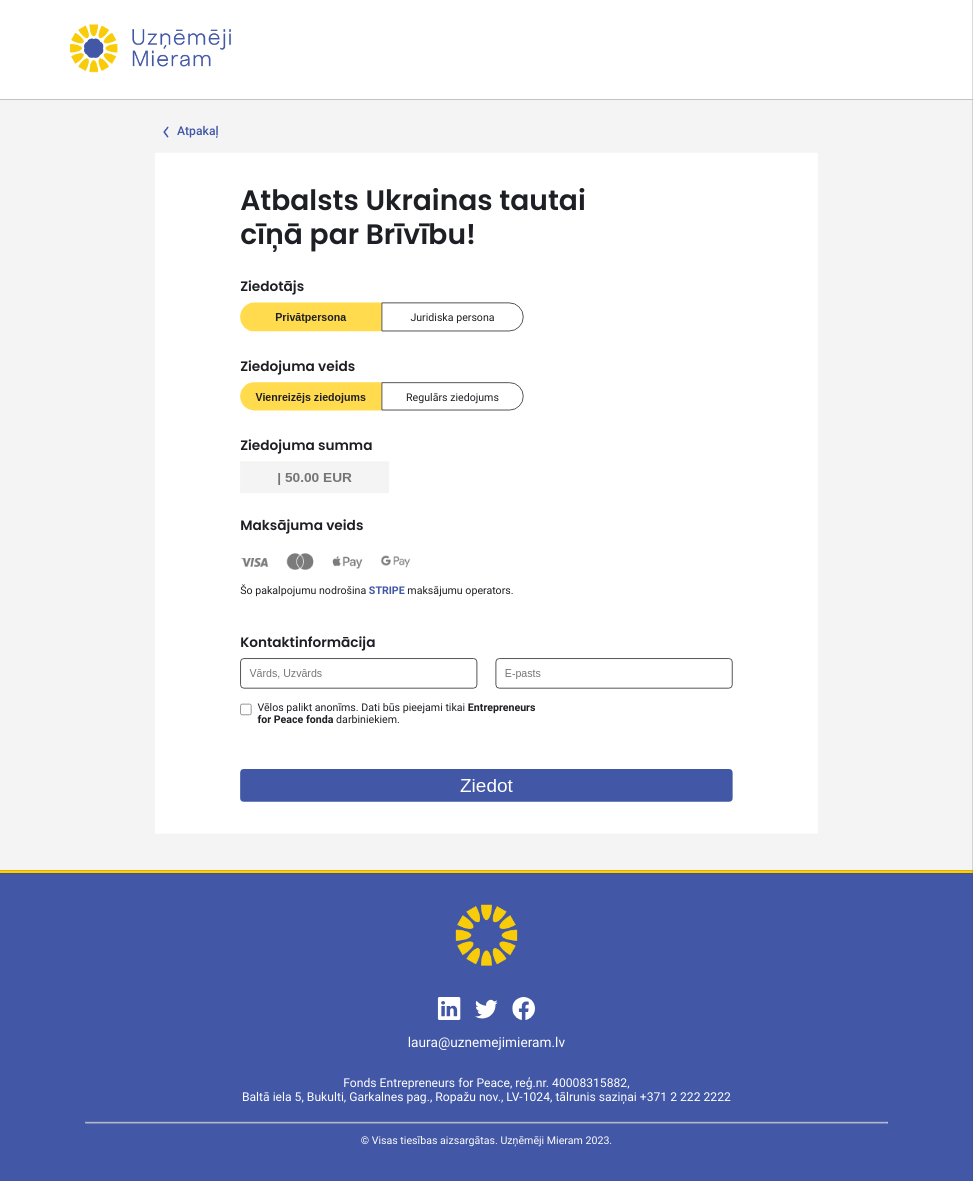
Repository: KatrinaPa/projekts_jul
Page: donate_Ukr-private-onetime.html
The author's editor kept a copy of each file at every save. The page is drawn from the files as they stood at one save, then again after the next save.
The browser window is 1280 px wide. The pictures show the whole page, at 76% of full size.

Above is the page before, as saved 2023-07-31 10:54:53.
Console error: TypeError: Cannot read properties of null (reading 'addEventListener')

### donate_Ukr-private-onetime.html
<!DOCTYPE html>
<html lang="en">

<head>
    <meta charset="UTF-8">
    <meta http-equiv="X-UA-Compatible" content="IE=edge">
    <meta name="viewport" content="width=device-width, initial-scale=1.0">
    <title>Ukrainas tautai</title>
    <link href="https://fonts.googleapis.com/css2?family=Jost:wght@400;700&display=swap" rel="stylesheet" />
    <link rel="stylesheet" href="assets/main.css" />
    <link rel="stylesheet" href="assets/donate-page.css" />
    <link rel="stylesheet" href="assets/donate-page-private-onetime.css" />
    <link rel="stylesheet" href="https://cdnjs.cloudflare.com/ajax/libs/font-awesome/6.2.0/css/all.min.css" />
    <script src="assets/main.js" defer></script>
</head>

<body>
    <div class="panel">
        <header class="header">
            <div class="header-content">
                <nav class="navbar">
                    <a href="sakums.html" id="project-nav-home"><img src="assets/images/UM_logo.png"
                            alt="uznemejiMieram" id="logo"></a>
                    <a href="sakums.html" id="project-nav-home-mob"><img src="assets/images/UM_simbols.png"
                            alt="uznemejiMieram" id="logo-mob"></a>
                </nav>
            </div>
        </header>
        <section id="donate_wrapper" class="donate_section">
            <div class="section-content">
                <div class="donate-centred">
                    <div class="back-toProject"><a href="sakums.html">
                            <button class="back-btn">
                                <img src="assets/images/arrow_left.png" alt="left" id="arrow-left">
                            </button>
                            <div>
                                <div>Atpakaļ</div>
                            </div>
                        </a></div>
                    <div class="donate_page">
                        <h1>Atbalsts Ukrainas tautai<br>cīņā par Brīvību!</h1>
                        <div class="donation_type">
                            <h4>Ziedotājs</h4>
                            <div>
                                <button class="individual" id="individual-donate">Privātpersona</button>
                                <a href="donate_Ukr-legal-onetime.html" class="legal" id="legal-donate">Juridiska
                                    persona</a>
                            </div>
                            <h4>Ziedojuma veids</h4>
                            <div>
                                <button class="one-time" id="one-time-donate">Vienreizējs ziedojums</button>
                                <a href="donate_Ukr-private-regular.html" class="regular" id="regular-donate">Regulārs
                                    ziedojums</a>
                            </div>
                            <h4>Ziedojuma summa</h4>
                            <div>
                                <input class="enter-donation" type="text" placeholder="| 50.00 EUR" />
                            </div>
                            <h4>Maksājuma veids</h4>
                            <div class="payment_logo">
                                <img src="assets/images/Visa_logo.png" alt="Visa" id="visa_logo">
                                <img src="assets/images/MasterCard_logo.png" alt="MasterCard" id="master-card_logo">
                                <img src="assets/images/applepay_logo.png" alt="Apple Pay" id="apple-pay_logo">
                                <img src="assets/images/googlepay_logo.png" alt="Google Pay" id="google-pay_logo">
                            </div>
                            <p>Šo pakalpojumu nodrošina <span>STRIPE</span> maksājumu operators.</p>
                        </div>
                        <div class="contact-details">
                            <h4>Kontaktinformācija</h4>
                            <form action="#" class="placehold_button">
                                <div class="inputs-details">
                                    <input type="text" placeholder="Vārds, Uzvārds" />
                                    <input type="email" placeholder="E-pasts" />
                                </div>
                                <div class="checkbox_display">
                                    <div>
                                        <input type="checkbox" name="no-display" id="display-no" />
                                        <label for="display-no">Vēlos palikt anonīms. Dati būs pieejami tikai
                                            <b>Entrepreneurs for Peace fonda</b> darbiniekiem.</label>
                                    </div>
                                </div>
                                <button type="submit" class="buttonContinue">Ziedot</button>
                            </form>
                        </div>
                    </div>
                </div>
            </div>
        </section>
        <div class="yellow-bottom"></div>
        </main>
        <footer>
            <div class="about">
                <img src="assets/images/UM_simbols.png" alt="uznemejiMieram">
                <div class="social">
                    <svg xmlns="http://www.w3.org/2000/svg" width="30" height="30" fill="#ffffff" class="bi bi-linkedin"
                        viewBox="0 0 16 16">
                        <path
                            d="M0 1.146C0 .513.526 0 1.175 0h13.65C15.474 0 16 .513 16 1.146v13.708c0 .633-.526 1.146-1.175 1.146H1.175C.526 16 0 15.487 0 14.854V1.146zm4.943 12.248V6.169H2.542v7.225h2.401zm-1.2-8.212c.837 0 1.358-.554 1.358-1.248-.015-.709-.52-1.248-1.342-1.248-.822 0-1.359.54-1.359 1.248 0 .694.521 1.248 1.327 1.248h.016zm4.908 8.212V9.359c0-.216.016-.432.08-.586.173-.431.568-.878 1.232-.878.869 0 1.216.662 1.216 1.634v3.865h2.401V9.25c0-2.22-1.184-3.252-2.764-3.252-1.274 0-1.845.7-2.165 1.193v.025h-.016a5.54 5.54 0 0 1 .016-.025V6.169h-2.4c.03.678 0 7.225 0 7.225h2.4z" />
                    </svg>
                    <svg xmlns="http://www.w3.org/2000/svg" width="30" height="30" fill="#ffffff" class="bi bi-twitter"
                        viewBox="0 0 16 16">
                        <path
                            d="M5.026 15c6.038 0 9.341-5.003 9.341-9.334 0-.14 0-.282-.006-.422A6.685 6.685 0 0 0 16 3.542a6.658 6.658 0 0 1-1.889.518 3.301 3.301 0 0 0 1.447-1.817 6.533 6.533 0 0 1-2.087.793A3.286 3.286 0 0 0 7.875 6.03a9.325 9.325 0 0 1-6.767-3.429 3.289 3.289 0 0 0 1.018 4.382A3.323 3.323 0 0 1 .64 6.575v.045a3.288 3.288 0 0 0 2.632 3.218 3.203 3.203 0 0 1-.865.115 3.23 3.23 0 0 1-.614-.057 3.283 3.283 0 0 0 3.067 2.277A6.588 6.588 0 0 1 .78 13.58a6.32 6.32 0 0 1-.78-.045A9.344 9.344 0 0 0 5.026 15z" />
                    </svg>
                    <svg xmlns="http://www.w3.org/2000/svg" width="30" height="30" fill="#ffffff" class="bi bi-facebook"
                        viewBox="0 0 16 16">
                        <path
                            d="M16 8.049c0-4.446-3.582-8.05-8-8.05C3.58 0-.002 3.603-.002 8.05c0 4.017 2.926 7.347 6.75 7.951v-5.625h-2.03V8.05H6.75V6.275c0-2.017 1.195-3.131 3.022-3.131.876 0 1.791.157 1.791.157v1.98h-1.009c-.993 0-1.303.621-1.303 1.258v1.51h2.218l-.354 2.326H9.25V16c3.824-.604 6.75-3.934 6.75-7.951z" />
                    </svg>
                </div>
                <div class="contacts">
                    <p>laura@uznemejimieram.lv</p>
                    <p>Fonds Entrepreneurs for Peace, reģ.nr. 40008315882, <br> Baltā iela 5, Bukulti, Garkalnes pag.,
                        Ropažu
                        nov., LV-1024, tālrunis saziņai +371 2 222 2222</p>
                </div>
            </div>
            <div class="copy">
                <hr>
                <p>© Visas tiesības aizsargātas. Uzņēmēji Mieram 2023.</p>
            </div>
        </footer>
    </div>

</body>

</html>

### assets/donate-page.css
#donate_wrapper {
    background-color: #f4f4f4;
}

.donate_section {
    font-family: 'Roboto';
    padding: 0 3rem 0 3rem;
}

.donate-centred {
    display: flex;
    align-items: center;
    flex-direction: column;
}

.back-toProject {
    width: 54.5rem;
    padding: 2rem 0 1rem 0;
}

.back-toProject a {
    text-decoration: none;
    color: #4257A6;
    font-size: 16px;
    font-weight: 500;
    margin-block-start: 0;
    display: flex;
}

.back-btn {
    border: 0;
    background: transparent;
    cursor: pointer;
}

.back-btn img {
    width: 45%;
    padding-top: 0.1rem;
}

.donate_page {
    width: 54.5rem;
    background-color: #ffffff;
    color: #1E1F24;
    margin-bottom: 3rem;
}

h1 {
    color: #1E1F24;
    font-weight: 600;
    font-size: 37px;
    line-height: 45px;
    padding: 2.5rem 7rem 0 7rem;
}

.donation_type {
    padding: 0 7rem 0 7rem;
}

h4 {
    font-size: 18px;
    font-weight: 600;
    margin: 2rem 0 0.5rem 0;
    font-family: 'Poppins';
}

.donation_type div {
    display: flex;
    flex-direction: row;
    justify-content: flex-start;
    height: 2.36rem;
}

.info-regular {
    margin-bottom: 3rem;
    gap: 0.6rem;
}

.info-regular img {
    width: 18px;
    height: 18px;
    margin-block-start: 1.2rem;
}

.donation_type p {
    font-size: 14px;
    font-weight: 400;
    margin-block-start: 0.7rem;
    width: 75%;
}

.donation_type span {
    color: #4257A6;
    font-weight: 600;
}

.checkbox_display div {
    display: flex;
    flex-direction: row;
    align-items: flex-start;
    gap: 0.5rem;
    width: 60%;
}

#display-no {
    width: 1.4rem;
    height: 1.4rem;
    margin: 0;
}

.checkbox_display label {
    font-size: 14px;
    font-weight: 400;
}

.one-time,
.individual {
    color: #1E1F24;
    font-size: 14px;
    width: 11.6rem;
    height: auto;
    display: flex;
    justify-content: center;
    align-items: center;
    text-decoration: none;
    border: none;
    border-radius: 20px 0 0 20px;
    font-weight: 400;
    cursor: pointer;
}

.legal,
.regular {
    color: #1E1F24;
    font-size: 14px;
    width: 11.6rem;
    height: auto;
    display: flex;
    justify-content: center;
    align-items: center;
    text-decoration: none;
    border-radius: 0 20px 20px 0;
    border: none;
    font-weight: 400;
    margin-block-end: 0;
    cursor: pointer;
}

.legal:hover,
.regular:hover,
.one-time:hover,
.individual:hover {
    background-color: #ffcc00;
    font-weight: 700;
}

.enter-donation {
    background-color: #f4f4f4;
    color: #615c5c;
    font-size: 18px;
    height: 2.5rem;
    width: 12rem;
    text-align: center;
    border: none;
    font-weight: 700;
    margin-block-start: 0;
}

.payment_logo {
    align-items: center;
    gap: 1.5rem;
    margin-top: 1rem;
}

#visa_logo,
#google-pay_logo,
#apple-pay_logo,
#master-card_logo {
    cursor: pointer;
}

.contact-details {
    display: flex;
    flex-direction: column;
    padding: 0 7rem 0 7rem;
}

.inputs-details {
    display: flex;
    gap: 1.5rem;
    margin-bottom: 1rem;
}

.contact-details input {
    border-radius: 5px;
    padding: 0.7rem 0.7rem;
    width: 100%;
    border: solid 1px #1E1F24;
    font-size: 14px;
}

.buttonContinue {
    margin: 3.6rem 0 2.6rem 0;
    width: 100%;
    background-color: #4257A6;
    color: #ffffff;
    font-size: 25px;
    font-weight: 500;
    height: 2.69rem;
    text-decoration: none;
    border-radius: 5px;
    border: none;
    cursor: pointer;
}

.yellow-bottom {
    height: 0.25rem;
    background-color: #ffcc00;
}

@media (min-width: 1280px) {

    .section-content {
        margin: 0 auto;
        padding: 0;
    }
}

@media screen and (max-width: 1279px) {

    .donate_section {
        padding: 0 5rem 0 5rem;
    }

    .back-toProject {
        width: 100%;
    }

    .donate_page {
        width: 100%;
    }

    h1 {
        padding: 2.5rem 6rem 0 6rem;
    }

    .donation_type {
        padding: 0 6rem 0 6rem;
    }

    .donation_type p {
        width: 100%;
    }

    .info-regular {
        margin-bottom: 5rem;
    }

    .contact-details {
        padding: 0 6rem 0 6rem;
    }

    .contact-details input {
        margin-top: 1rem;
        width: auto;
    }

    .inputs-details {
        gap: 0.5rem;
        flex-direction: column;
    }

    .checkbox_display div {
        width: 100%;
    }
}

@media screen and (max-width: 700px) {

    .donate_section {
        padding: 0;
    }

    .back-toProject {
        width: 90%;
    }

    h1 {
        padding: 1.5rem 1.5rem 0 1.5rem;
        width: 90%;
        font-size: 26px;
        line-height: 40px;
    }

    h4 {
        font-size: 14px;
    }

    .donation_type {
        padding: 1.5rem 1.5rem 0 1.5rem;
    }

    .contact-details {
        padding: 0 1.5rem 0 1.5rem;
    }

    .one-time,
    .individual,
    .legal,
    .regular {
        font-size: 12px;
        width: 100%;
    }

    .inputs-details {
        margin-bottom: 2rem;
        flex-direction: column;
    }

    .checkbox_display label {
        font-size: 12px;
    }

    .enter-donation {
        width: 100%;
    }
}

### assets/donate-page-private-onetime.css
#one-time-donate {
    background-color: #FFDB4D;
    font-weight: 600;
    cursor: auto;
}

#regular-donate {
    background-color: #ffffff;
    border: 1px solid #1E1F24;
}

#regular-donate:hover {
    background-color: #ffcc00;
    border: none;
}

#individual-donate {
    background-color: #FFDB4D;
    font-weight: 600;
    cursor: auto;
}

#legal-donate {
    background-color: #ffffff;
    border: 1px solid #1E1F24;
}

#legal-donate:hover {
    background-color: #ffcc00;
    border: none;
}

Loaded but not shown: assets/main.js (97 lines, source omitted); assets/main.css (1433 lines, source omitted)

After the next save:
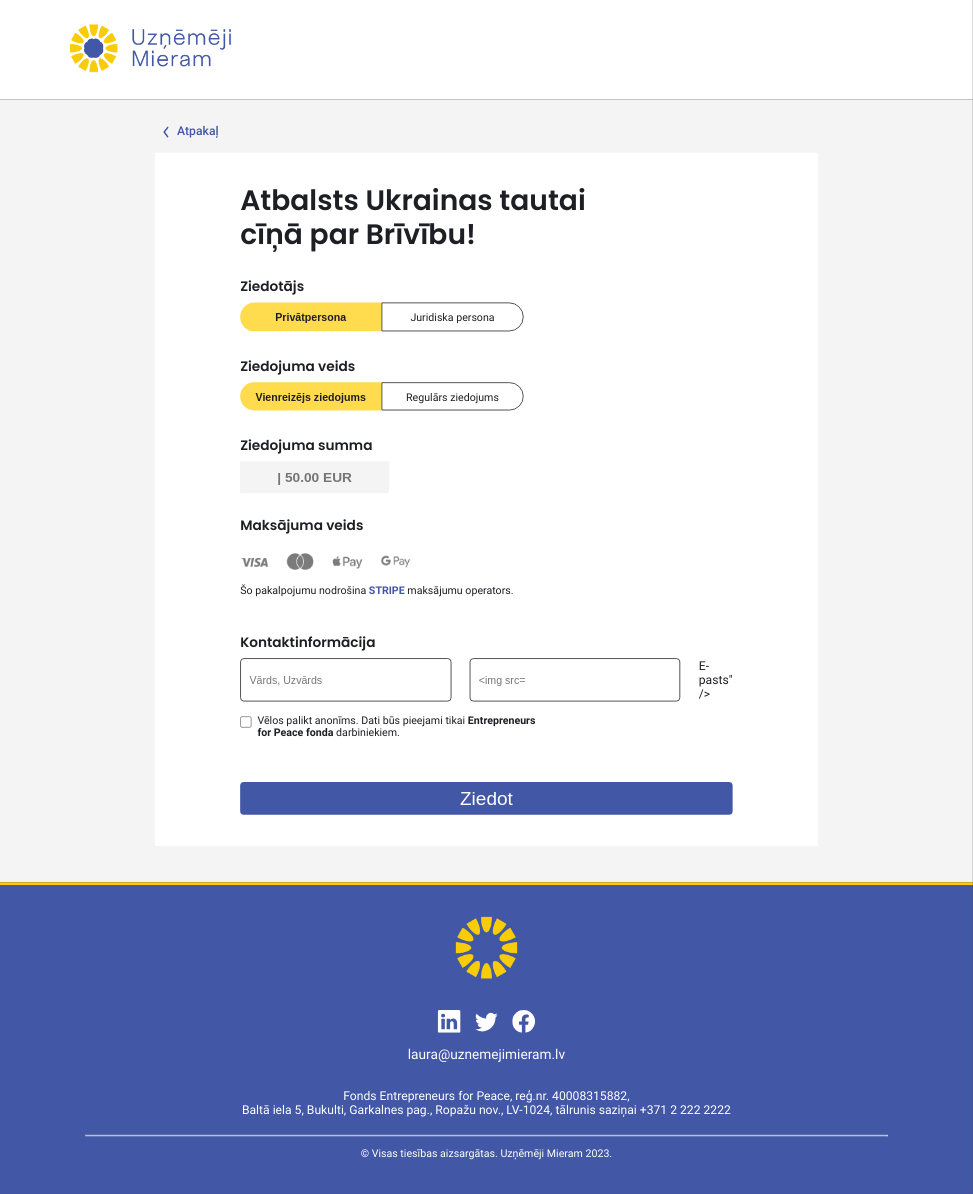
Saved 31 s later.
--- a/donate_Ukr-private-onetime.html
+++ b/donate_Ukr-private-onetime.html
@@ -70,7 +70,8 @@
                             <form action="#" class="placehold_button">
                                 <div class="inputs-details">
                                     <input type="text" placeholder="Vārds, Uzvārds" />
-                                    <input type="email" placeholder="E-pasts" />
+                                    <input type="email" placeholder="<img src=" assets/images/Visa_logo.png" alt="Visa"
+                                        id="visa_logo"> E-pasts" />
                                 </div>
                                 <div class="checkbox_display">
                                     <div>

After the save that followed:
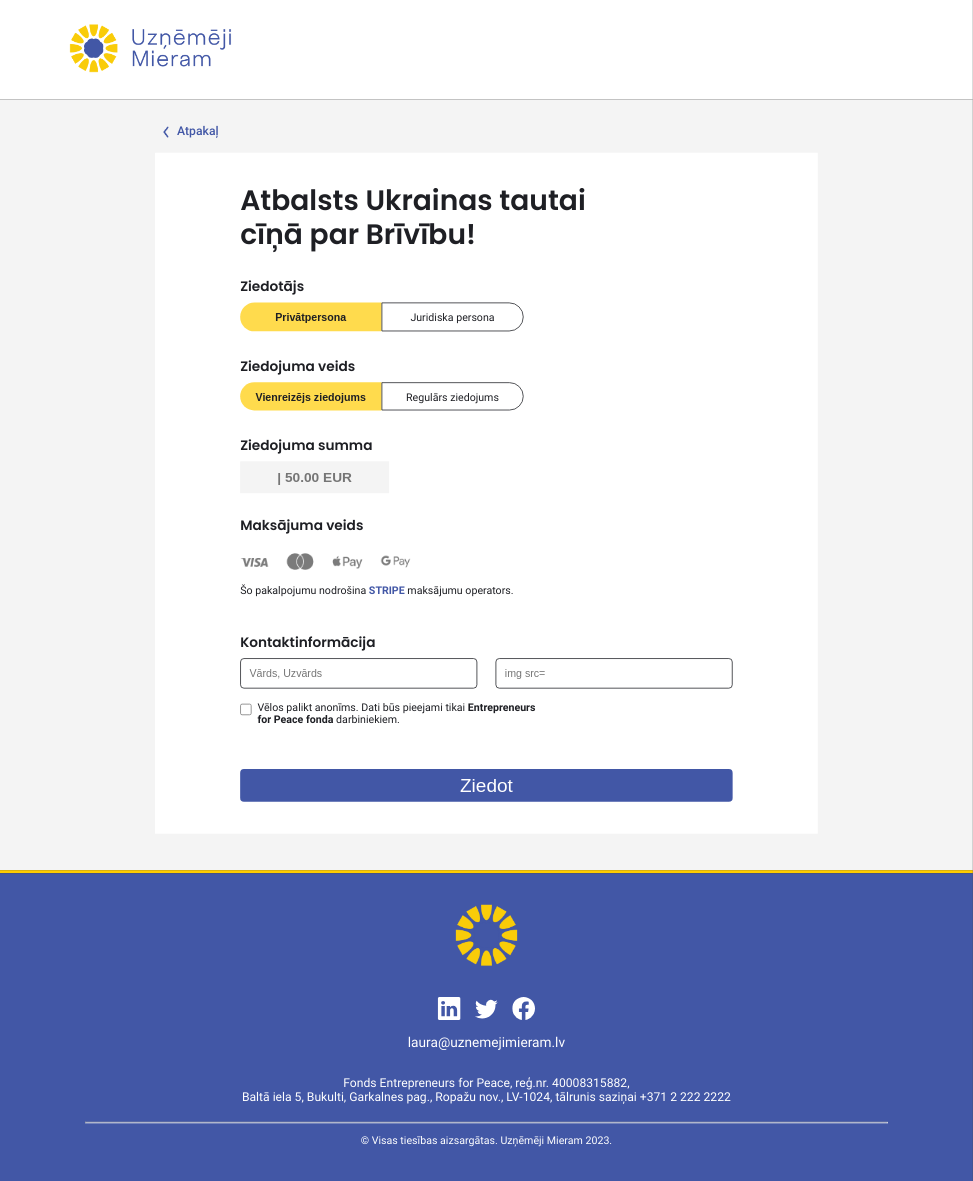
Saved 17 s later.
--- a/donate_Ukr-private-onetime.html
+++ b/donate_Ukr-private-onetime.html
@@ -70,10 +70,10 @@
                             <form action="#" class="placehold_button">
                                 <div class="inputs-details">
                                     <input type="text" placeholder="Vārds, Uzvārds" />
-                                    <input type="email" placeholder="<img src=" assets/images/Visa_logo.png" alt="Visa"
-                                        id="visa_logo"> E-pasts" />
+                                    <input type="email" placeholder="img src=" assets/images/Visa_logo.png" alt="Visa"
+                                        id="visa_logo"" />
                                 </div>
-                                <div class="checkbox_display">
+                                <div class=" checkbox_display">
                                     <div>
                                         <input type="checkbox" name="no-display" id="display-no" />
                                         <label for="display-no">Vēlos palikt anonīms. Dati būs pieejami tikai
